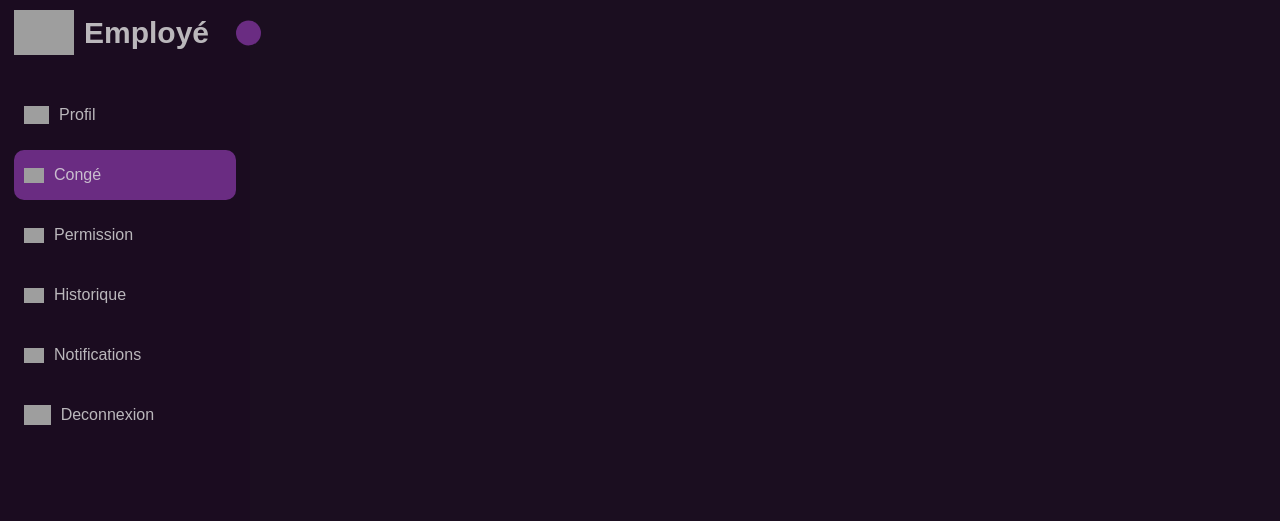
Repository: Fandresena19/Gestion-employe
Page: http://localhost/phpmailer/Assets/employe/vue/conge_valide.php
The author's editor kept a copy of each file at every save. The page is drawn from the files as they stood at one save, then again after the next save.
The browser window is 1280 px wide. The pictures show the whole page.
Pictures or frames that could not be fetched are drawn as grey boxes. Some web fonts or font styles are not loaded; a fallback is used. The page is run by PHP 8.4 with error messages shown; the project is at /var/www/html/. The session is filled in as if someone had signed in: {"Matricule_resp": 1, "Nom_resp": "RAZAKA", "Prenom_resp": "RAZAKA", "Mail_resp": "Zafy@gmail.com", "Matricule_emp": 2, "Nom_emp": "RAZAKA", "Prenom_emp": "Perline", "Mail_emp": "Zafy@gmail.com"}. The database holds what the project's SQL file puts in it.

Above is the page before, as saved 2025-05-09 09:28:47.

After the next save:
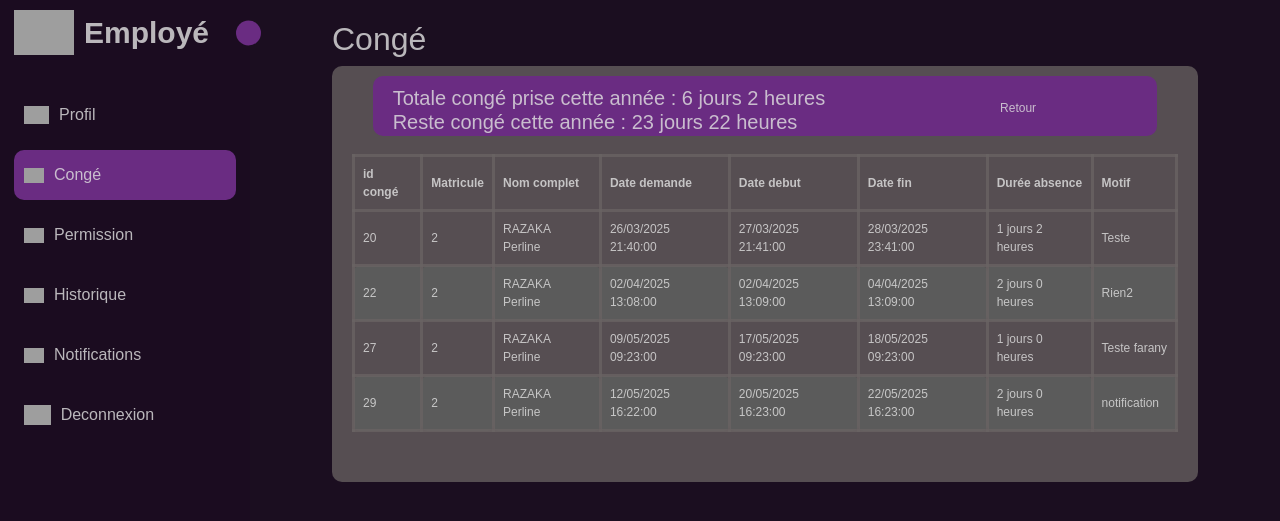
Saved 53 s later.
--- a/Assets/employe/vue/conge_valide.php
+++ b/Assets/employe/vue/conge_valide.php
@@ -9,3 +9,104 @@
   $stmt->execute(['matricule_emp' => $matricule_emp]);
 
   ?>
+
+<div class="annotation">
+        <h2>Congé</h2>
+      </div>
+
+      <div class="contenu">
+        <table class="">
+
+          <thead>
+
+            <th>id congé</th>
+            <th>Matricule</th>
+            <th>Nom complet</th>
+            <th>Date demande</th>
+            <th>Date debut</th>
+            <th>Date fin</th>
+            <th>Durée absence</th>
+            <th>Motif</th>
+
+          </thead>
+          <tbody>
+
+            <?php
+            $quotaCongeAnnuel = 30;
+            $congePrise = 0;
+            $resteConge = $quotaCongeAnnuel;
+            $anneeEnCours = date('Y');
+            while ($row = $stmt->fetch(PDO::FETCH_ASSOC)) {
+              //Convertir les chaines de caractere en objet DateTime
+              $dateDebut = new DateTime($row['date_debut']);
+              $dateFin = new DateTime($row['date_fin']);
+              //Calcule interval
+              $interval = date_diff($dateDebut, $dateFin);
+
+              //Calcule durée de l'absence
+              $dureeAbsenceJ = $interval->days;
+              $dureeAbsenceH = $interval->h;
+
+              //converir heure en jours
+              $dureeAbsenceenJours = $dureeAbsenceJ + ($dureeAbsenceH / 24);
+
+              //Mose à jour du nombre de jours de congé pris
+              $congePrise += $dureeAbsenceenJours;
+
+              $resteConge -= $dureeAbsenceenJours;
+
+              $anneConge = date('Y', strtotime($row['date_debut']));
+              if ($anneConge !== $anneeEnCours) {
+                $resteConge += $quotaCongeAnnuel;
+                $anneeEnCours = $anneConge;
+              }
+
+              if (!function_exists('afficherDureeEnJoursEtHeure')) {
+                function afficherDureeEnJoursEtHeure($jours)
+                {
+                  $heures = ($jours - floor($jours)) * 24; //Calculer les heures restants
+                  $jours = floor($jours); //obtient la partie entière des jours
+
+                  return $jours . ' jours ' . $heures . ' heures ';
+                }
+              }
+
+
+              echo '
+
+              <tr>
+                <td>' . $row['id_conge'] . '</td>
+                <td>' . $row['matricule_emp'] . '</td>
+                <td>' . $row['nom_emp'] . ' ' . $row['prenom_emp'] . '</td>
+
+                <td>' . date('d/m/Y H:i:s', strtotime($row['date_demande'])) . '</td>
+                <td>' . date('d/m/Y H:i:s', strtotime($row['date_debut']))  . '</td>
+                <td>' . date('d/m/Y H:i:s', strtotime($row['date_fin'])) . '</td>
+                <td>' . $dureeAbsenceJ . ' jours ' . $dureeAbsenceH . ' heures</td>
+                <td>' . $row['motif'] . '</td>
+                </tr>';
+            }
+            echo '
+          <header class="conge_valide">';
+            if (!empty($congePrise) and !empty($resteConge)) {
+
+              echo '
+              <h4>Totale congé prise cette année : ' . afficherDureeEnJoursEtHeure($congePrise) . '<span>
+
+              </br>
+
+               Reste congé cette année : ' . afficherDureeEnJoursEtHeure($resteConge) . '</span></h4>';
+            } else {
+              echo '<h4>Pas de congé prise </h4>';
+            }
+
+
+            echo '<div class="bouton">
+            <a href="./mes_conge.php"><button type="submit">Retour</button></a>
+            </div>';
+
+            echo '</header> <br/>';
+            ?>
+          </tbody>
+        </table>
+      </div>
